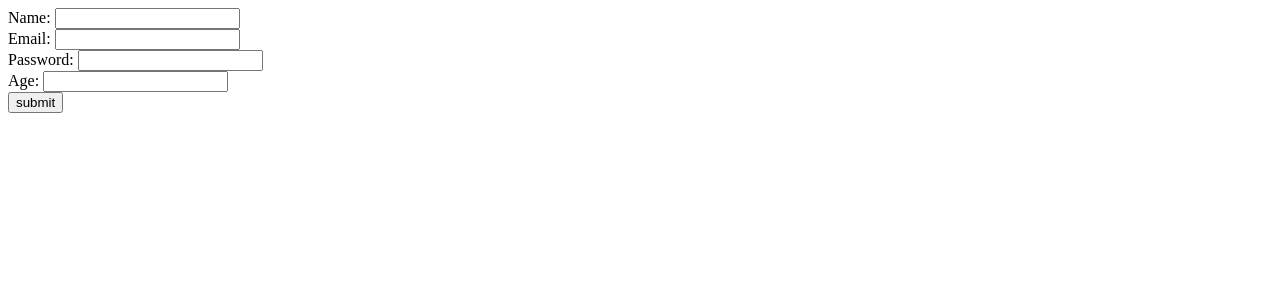
Repository: Haakim19/web-dev
Page: form.html
These files come from the project's save history. The page is drawn as it stood at one moment and after the next save; the edit follows.
The browser window is 1280 px wide. The pictures show the whole page.

Above is the page before, as saved 2024-06-01 23:08:10.

After the next save:
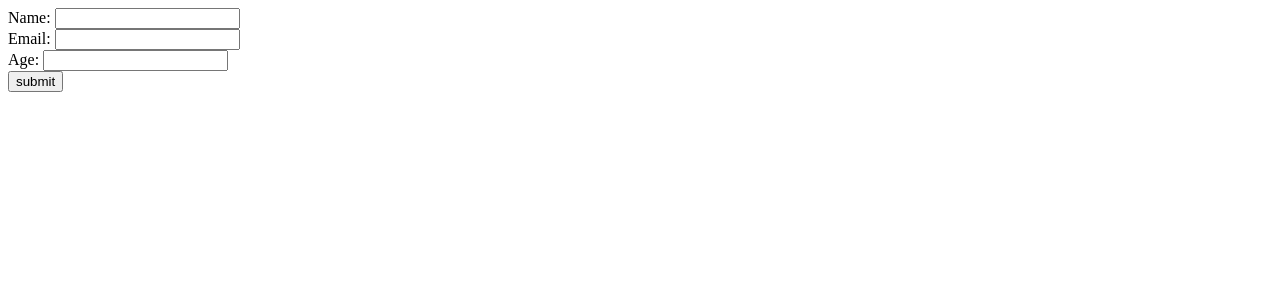
Saved 71 s later.
--- a/form.html
+++ b/form.html
@@ -11,8 +11,6 @@
         <input type = "text" id = "name" name = "name"><br>
         <label for="email">Email:</label>
         <input type = "email" id = "email" name = "email"><br>
-        <label for="password">Password:</label>
-        <input type = "password" id = "password" name = "password"><br>
         <label for = "age">Age:</label>
         <input type="number" id = "age" name = "age"> <br>
         <button type="submit">submit</button>
